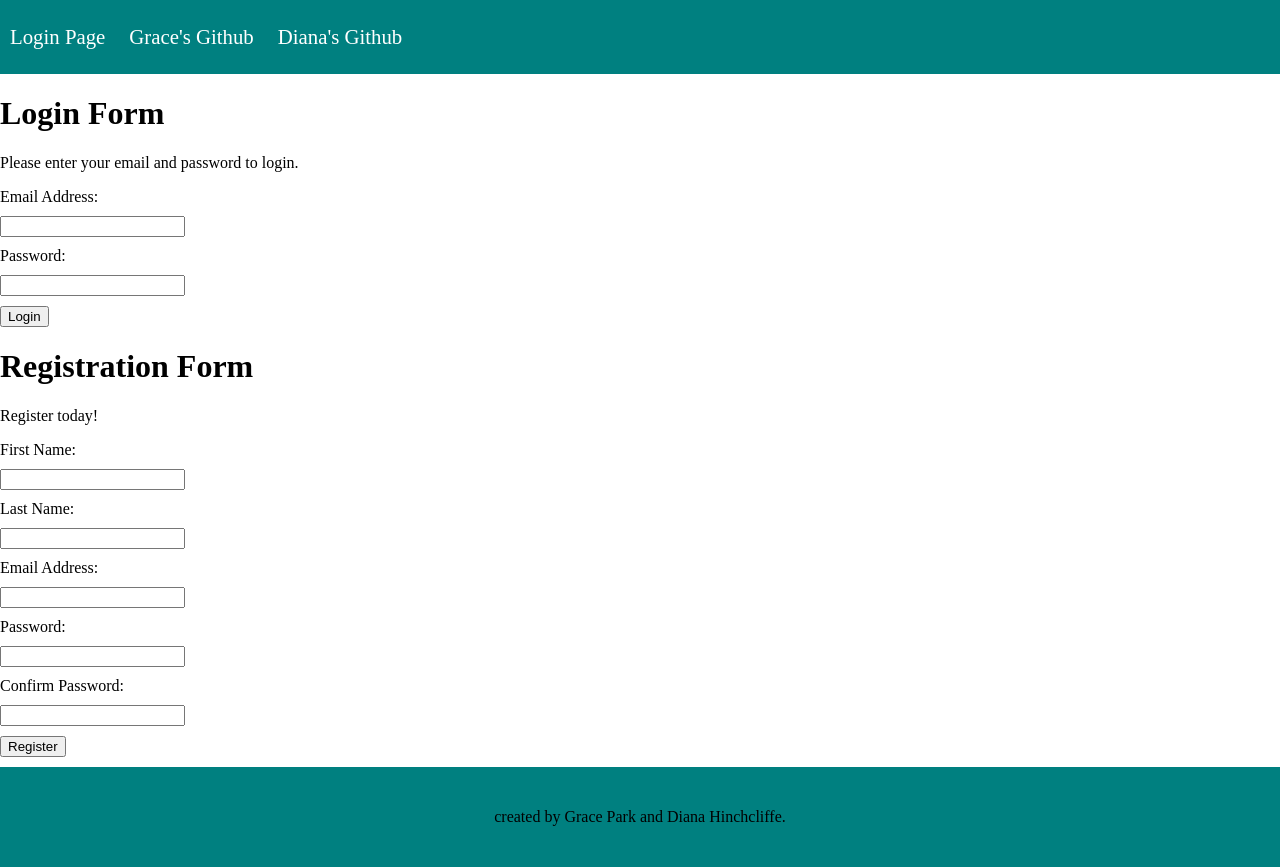
Repository: developergrace/cosw30
Page: http://localhost/labwork/lab2/login.php
The author's editor kept a record of every edit. The page is drawn from the files as they stood at one moment, then again after the next edit.
The browser window is 1280 px wide. The pictures show the whole page.
The page is run by PHP 8.4 with error messages shown; the project is at /var/www/html/.

Above is the page before.

After the next edit:
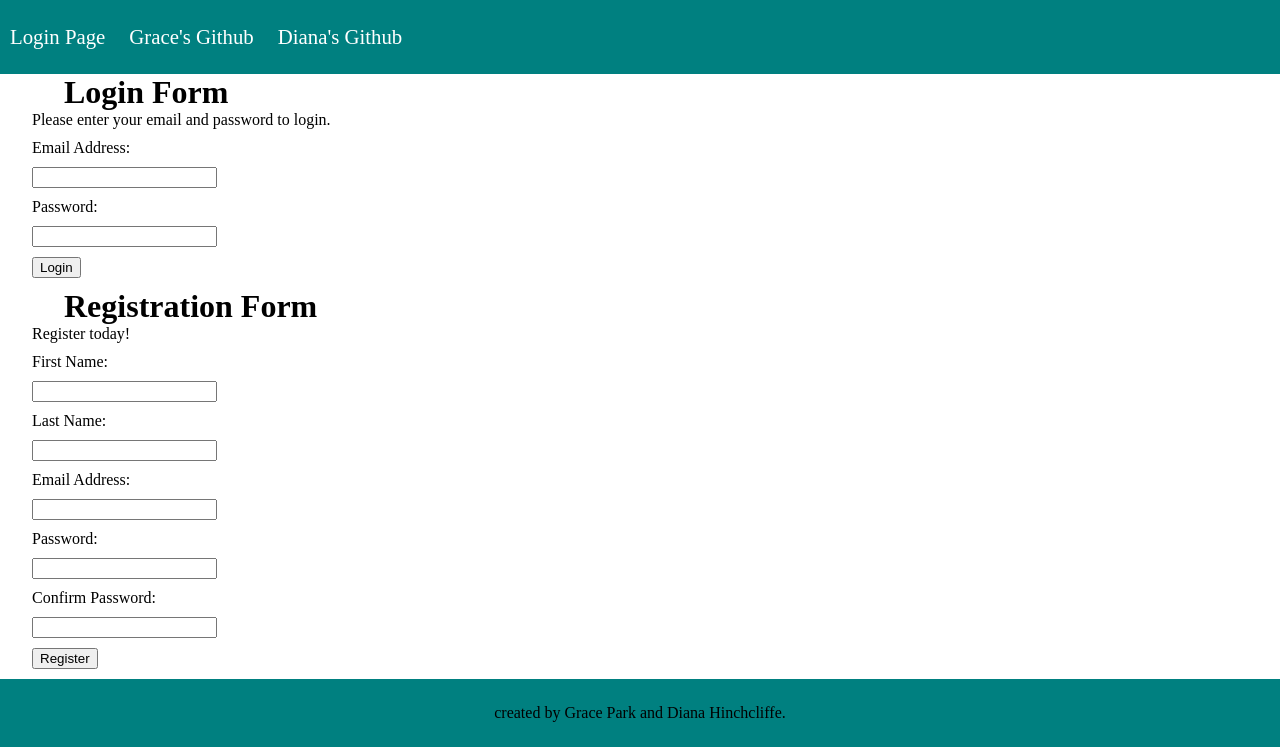
The edit:
--- a/labwork/lab2/login.php
+++ b/labwork/lab2/login.php
@@ -25,7 +25,9 @@
                 color: silver;
             }
 
-
+            h1, body p, form {
+                margin: 0 2em;
+            }
 
             footer p {
                 text-align: center;
